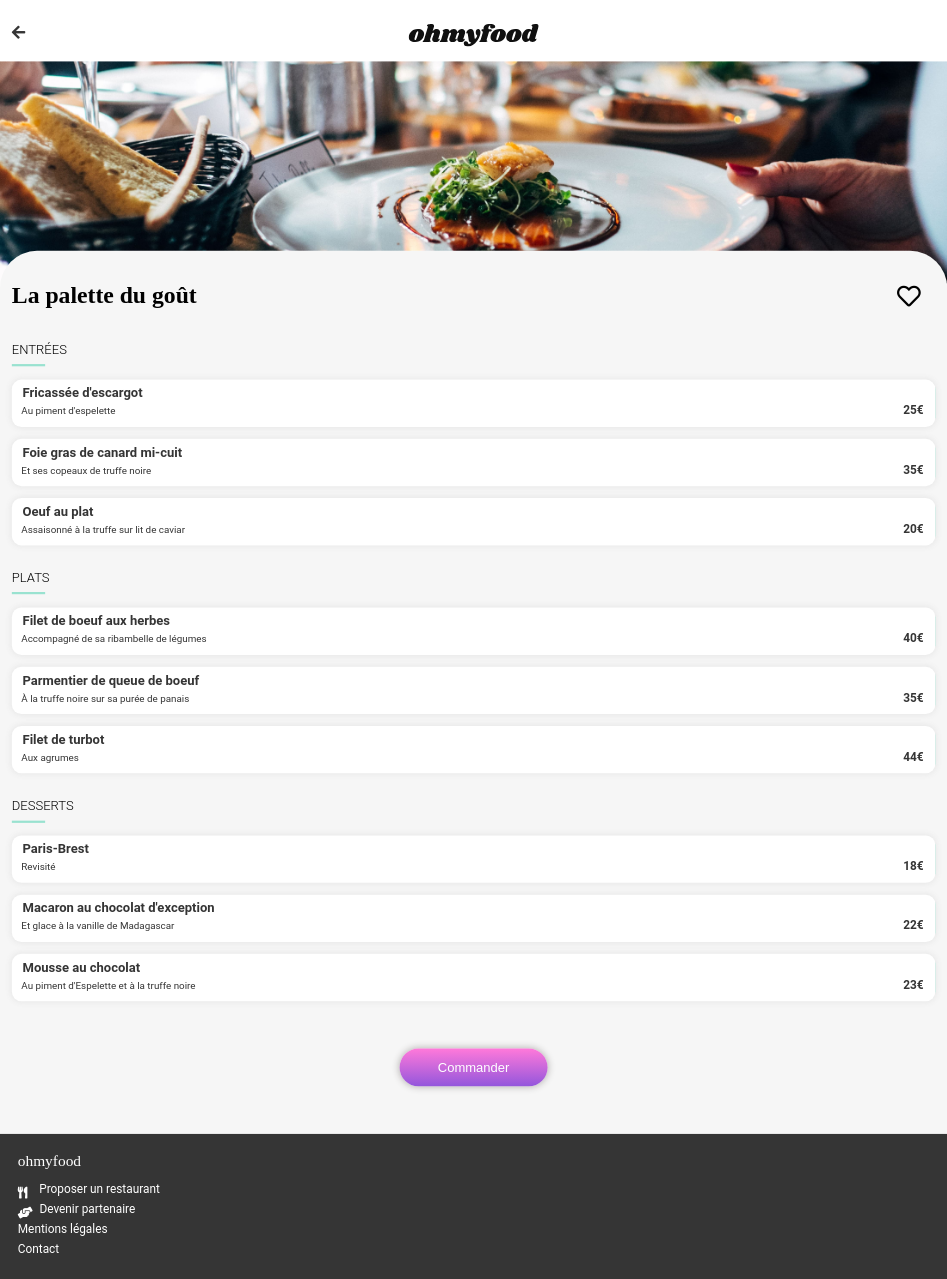
Repository: AlexisTisserand/AlexisTisserand_3_24112020
Page: menu-la-palette-du-gout.html
These files come from the project's save history. The page is drawn as it stood at one moment and after the next save; the edit follows.
The browser window is 1280 px wide. The pictures show the whole page, at 74% of full size.
Some web libraries are served in a nearby version. The style sheet was rebuilt from its Sass, Less or Tailwind sources for each picture, by a compiler version that may differ from the author's.

Above is the page before, as saved 2020-12-09 11:22:32.

After the next save:
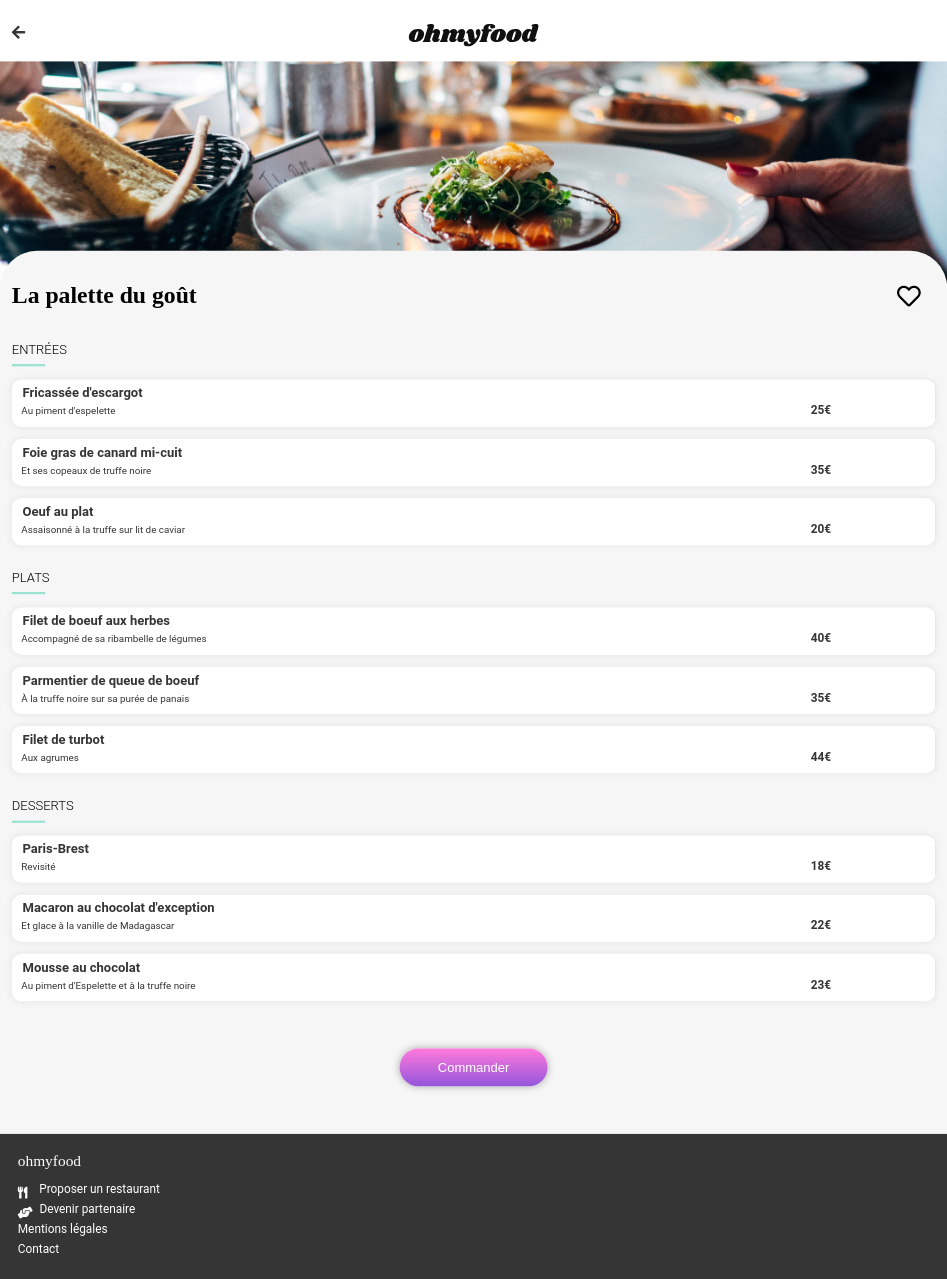
Saved 18 min 52 s later.
--- a/sass/style.scss
+++ b/sass/style.scss
@@ -478,10 +478,10 @@ header{
             grid-area: 1 / 1 / 2 / 3;
         }
         &--accompagnements{
-            grid-area: 2 / 1 / 3 / 3;
+            grid-area: 2 / 1 / 3 / 2;
         }
         &--prix{
-            grid-area: 2 / 2 / 3 / 4;
+            grid-area: 2 / 2 / 3 / 3;
         }
         &--checkbox{
             background-color: $tertiary;
